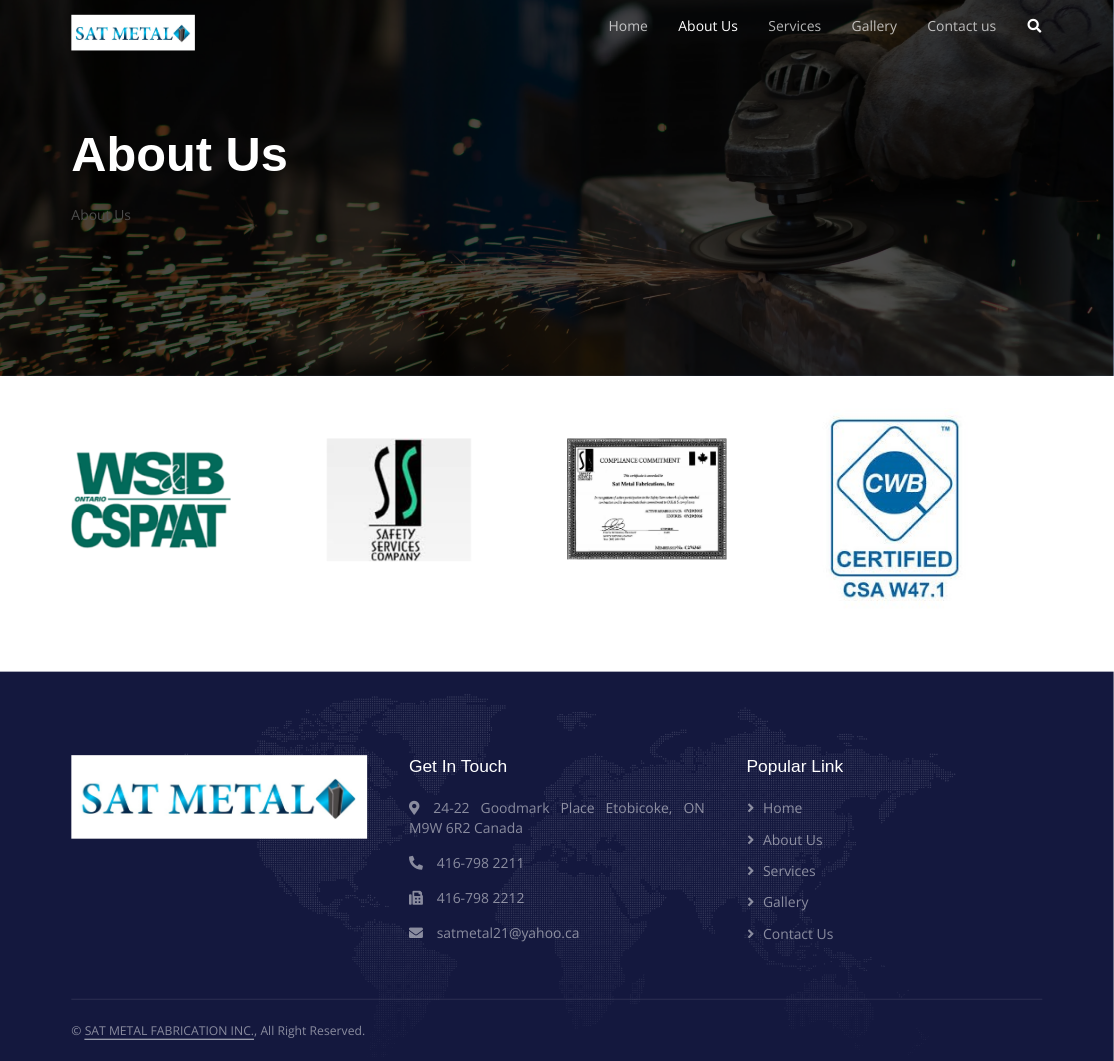
Repository: dzyte-services/satmetal
Page: http://localhost/about.php
An editor plug-in stored every save of this project. The page is shown before and after a run of saves, followed by the edit.
The browser window is 1280 px wide. The pictures show the whole page, at 87% of full size.
Some web fonts or font styles are not loaded; a fallback is used. Some web libraries are served in a nearby version. The page is run by PHP 8.4 with error messages shown; the project is at /var/www/html/.

Above is the page before, as saved 2023-11-09 15:34:33.

After the next 2 saves:
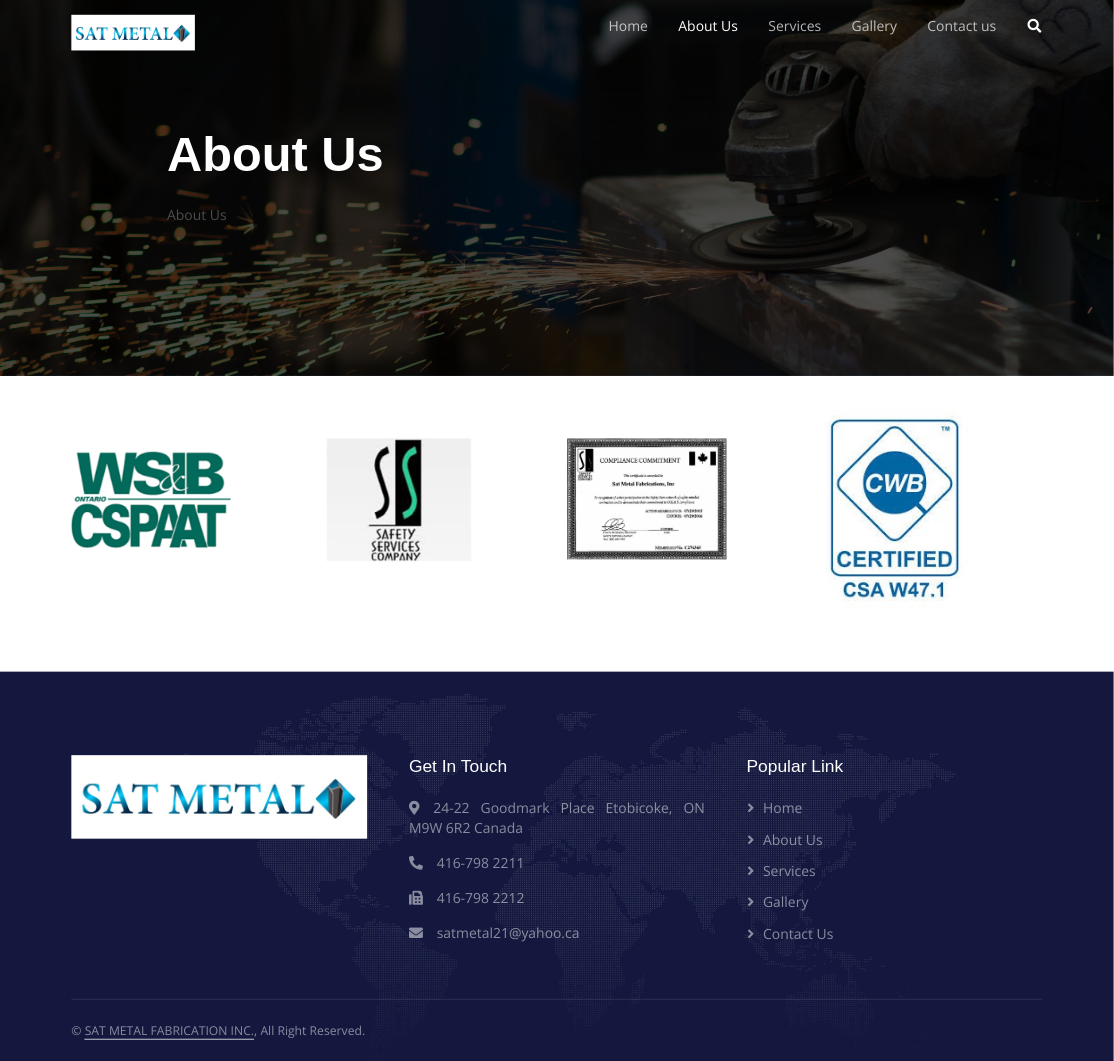
The 2 saves are shown as one change because they came seconds apart.
The last was saved 12 s later.
--- a/css/style.css
+++ b/css/style.css
@@ -152,7 +152,7 @@
     background-size: cover;
     position: relative;
     min-height: 60vh;
-    /* padding: 25vh; */
+    padding: 0 25vh;
 
 }
 .hero-header::before {
